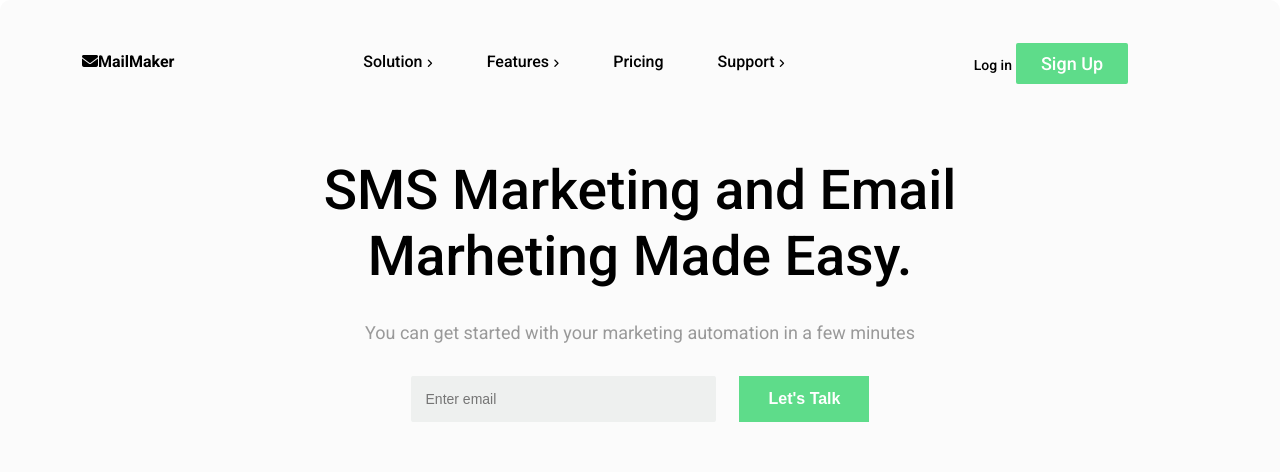
Repository: phanhuy16/Folder
Page: sign/index.html
The author's editor kept a copy of each file at every save. The page is drawn from the files as they stood at one save, then again after the next save.
The browser window is 1280 px wide. The pictures show the part of the page from y = 0 to 472 px (the page is 1072 px tall).
Pictures or frames that could not be fetched are drawn as grey boxes.

Above is the page before, as saved 2023-04-30 21:11:36.

### sign/index.html
<!DOCTYPE html>
<html lang="en">
<head>
    <meta charset="UTF-8">
    <meta http-equiv="X-UA-Compatible" content="IE=edge">
    <meta name="viewport" content="width=device-width, initial-scale=1.0">
    <link rel="preconnect" href="https://fonts.googleapis.com">
    <link rel="preconnect" href="https://fonts.gstatic.com" crossorigin>
    <link href="https://fonts.googleapis.com/css2?family=Roboto:wght@300;400;500;700&display=swap" rel="stylesheet">
    <link rel="stylesheet" href="./fontawesome-free-6.4.0-web/css/all.css">
    <title>Marketing</title>
    <link rel="stylesheet" href="./main.css/reset.css">
    <link rel="stylesheet" href="./main.css/style.css">
</head>
<body>
    <div class="container">
        <div class="header">
            <div class="header-logo">
                <a href="#" class="logo">
                    <i class="fa-solid fa-envelope"></i>MailMaker
                </a>
            </div>
            <div class="header-item">
                <a href="#" class="header-list">Solution <i class="fa-solid fa-angle-right"></i></a>
                <a href="#" class="header-list">Features <i class="fa-solid fa-angle-right"></i></a>
                <a href="#" class="header-list">Pricing</a>
                <a href="#" class="header-list">Support <i class="fa-solid fa-angle-right"></i></a>
            </div>
            <div class="header-socal" style="padding-right: 70px;">
                <a href="#" class="header-login">Log in</a>
                <a href="#" class="header-signup">Sign Up</a>
            </div>
        </div>

        <div class="header-title">
            <h1 class="heading">
                SMS Marketing and Email<br>Marheting Made Easy.
            </h1>
            <p class="text">
                You can get started with your marketing automation in a few minutes
            </p>
            <form action="#" class="signup-from" autocomplete="off">
                <input class="form-control" type="email" name="name" id="email" placeholder="Enter email">
                <button type="submit" class="button-talk">Let's Talk</button>
            </form>
            <img src="https://cdn.dribbble.com/userupload/6610642/file/original-cb7c13c35237c2201668f350ce28dc98.jpg?compress=1&resize=1200x1200" alt="" class="img-boy">
        </div>
    </div>
</body>
</html>

### sign/main.css/reset.css
* {
    margin: 0;
    padding: 0;
    border: 0;
    font-size: 16px;
}

ol, ul {
    list-style: none;
}

a {
    text-decoration: none;
}

### sign/main.css/style.css
* {
    box-sizing: inherit;
}
html {
    font-family: 'Roboto', sans-serif;
    line-height: 1.5;
    font-size: 62.5%;
    box-sizing: border-box;
}

body {
    overflow-x: hidden;
    color: black;
    display: flex;
    align-items: center;
    justify-content: center;
    background-color: white;
}

img {
    display: block;
    max-width: 100%;
}

.container {
    width: 100%;
    max-width: 1400px;
    max-height: 100%;
    background-color: #FBFBFB;
    border-radius: 10px;
}

.header {
    display: flex;
    justify-content: space-around;
    margin-top: 50px;
}

.logo {
    font-size: 16px;
    font-weight: bold;
    color: black;
}

.header-list {
    padding: 0 25px;
    color: black;
    font-weight: 500;
}

.header-login {
    color: black;
    font-size: 14px;
    font-weight: 500;
}

.header-signup {
    font-size: 18px;
    font-weight: 500;
    color: white;
    padding: 10px 25px;
    background: #5EDC8A;
    border-radius: 2px;
}

.fa-angle-right {
    font-size: 10px;
}

.header-title {
    text-align: center;
    margin-top: 80px;
}
.heading {
    font-size: 55px;
    font-weight: 500;
    line-height: 1.2;
    display:-webkit-box;
    -webkit-line-clamp: 2;
    -webkit-box-orient: vertical;
    overflow: hidden;
    text-overflow: ellipsis;
    word-break: break-word;
}

.text {
    color: #999;
    font-size: 18px;
    margin: 30px;
}

.form-control {
    padding: 15px;
    background-color: rgb(238,240,239);
    font-size: 14px;
    color: rgb(238,240,239);
    border-radius: 2px;
    width: 305px;
    margin-right: 10px;
}

.button-talk {
    width: 130px;
    padding: 14px;
    background-color: #5EDC8A;
    color: white;
    font-weight: bold;
    margin-left: 10px;
}

.img-boy {
    width: 830px;
    height: 500px;
    display: block;
    margin: 0 auto;
    border: 3px solid black;
    border-radius: 10px;
    margin-top: 50px;
    margin-bottom: 100px;
}

Loaded but not shown: sign/fontawesome-free-6.4.0-web/css/all.css (library)

After the next save:
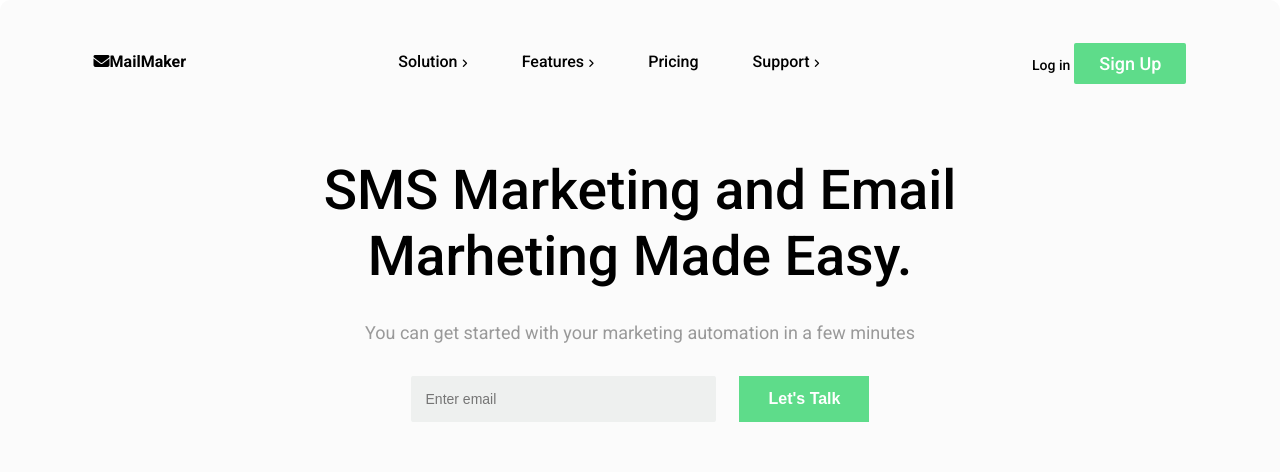
Saved 62 s later.
--- a/sign/index.html
+++ b/sign/index.html
@@ -26,7 +26,7 @@
                 <a href="#" class="header-list">Pricing</a>
                 <a href="#" class="header-list">Support <i class="fa-solid fa-angle-right"></i></a>
             </div>
-            <div class="header-socal" style="padding-right: 70px;">
+            <div class="header-socal">
                 <a href="#" class="header-login">Log in</a>
                 <a href="#" class="header-signup">Sign Up</a>
             </div>
